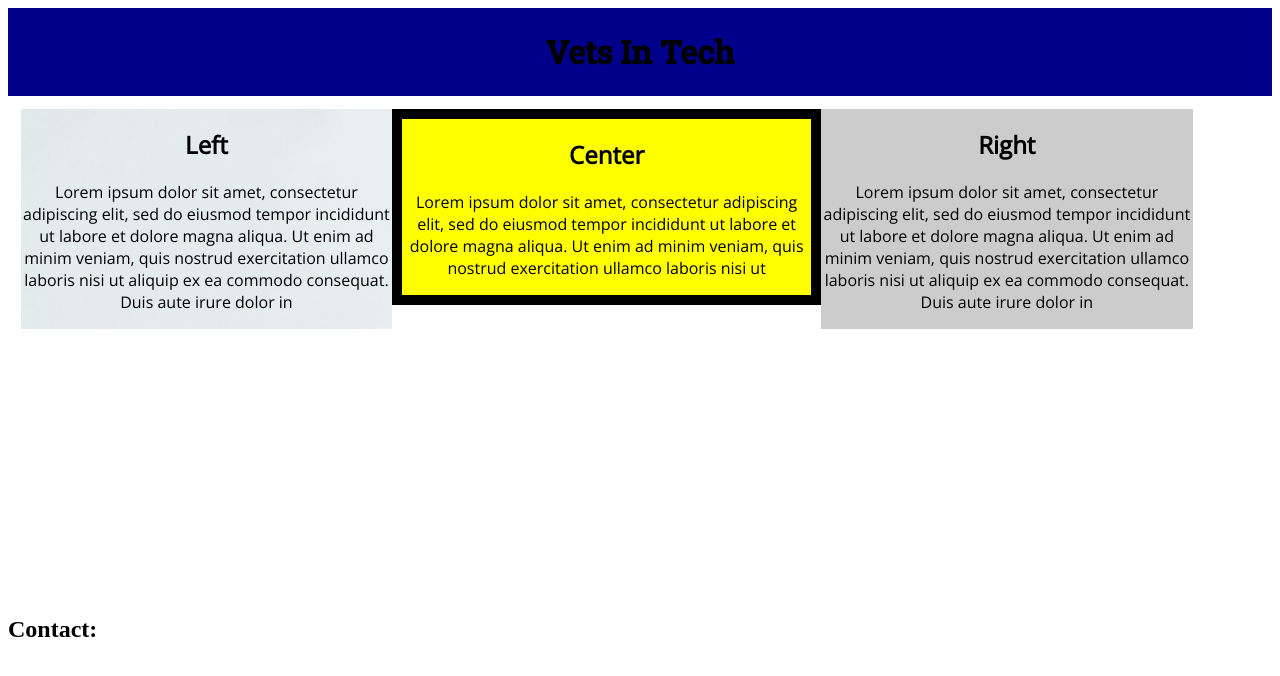
Repository: 3EyEdRav3n/10-2020-cohort-course
Page: week-1/Week-1 Assignment/index.html
An editor plug-in stored every save of this project. The page is shown before and after the next save, followed by the edit.
The browser window is 1280 px wide. The pictures show the whole page.

Above is the page before, as saved 2020-11-01 21:21:46.

After the next save:
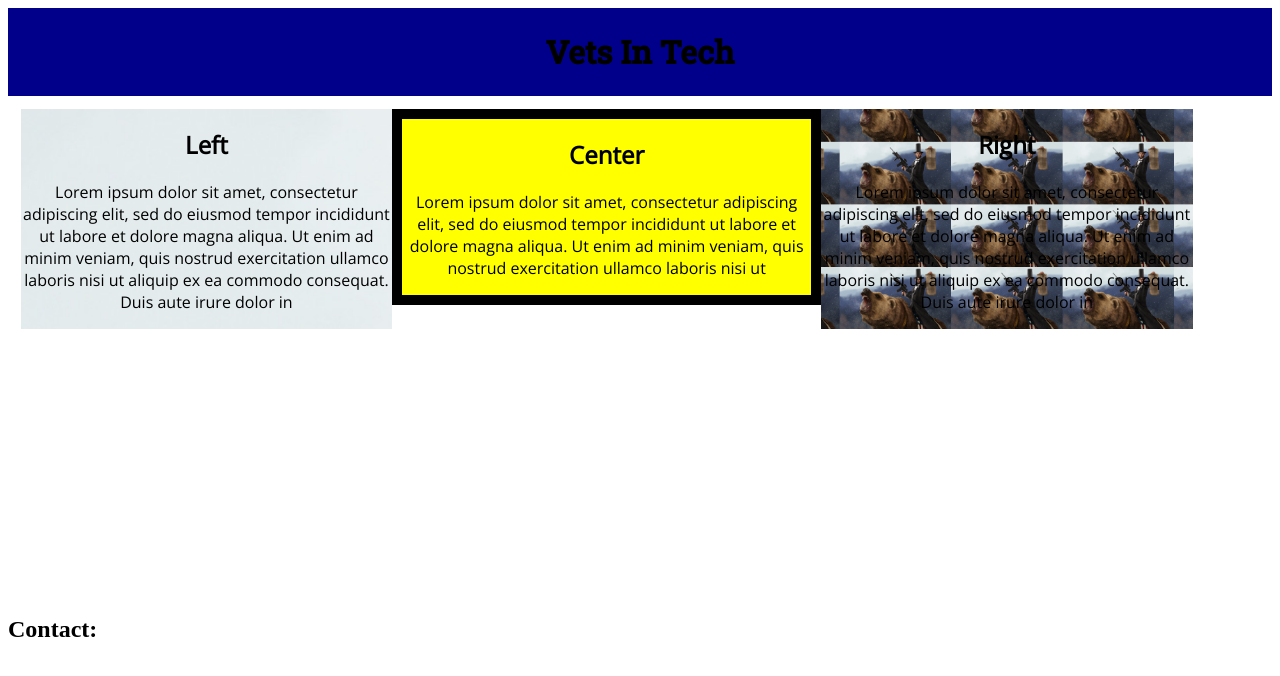
Saved 118 s later.
--- a/week-1/Week-1 Assignment/styles.css
+++ b/week-1/Week-1 Assignment/styles.css
@@ -31,7 +31,10 @@
         width: 30%;
         text-align: center;
         float: left;
-        image: url("/images/lincoln.jpg");
+        background-image: url("/images/lincoln.jpg");
+        background-position: bottom center;
+        background-size: 30%;
+
 .footer{
         clear: both;
         font-family: 'Roboto Slab', serif;
